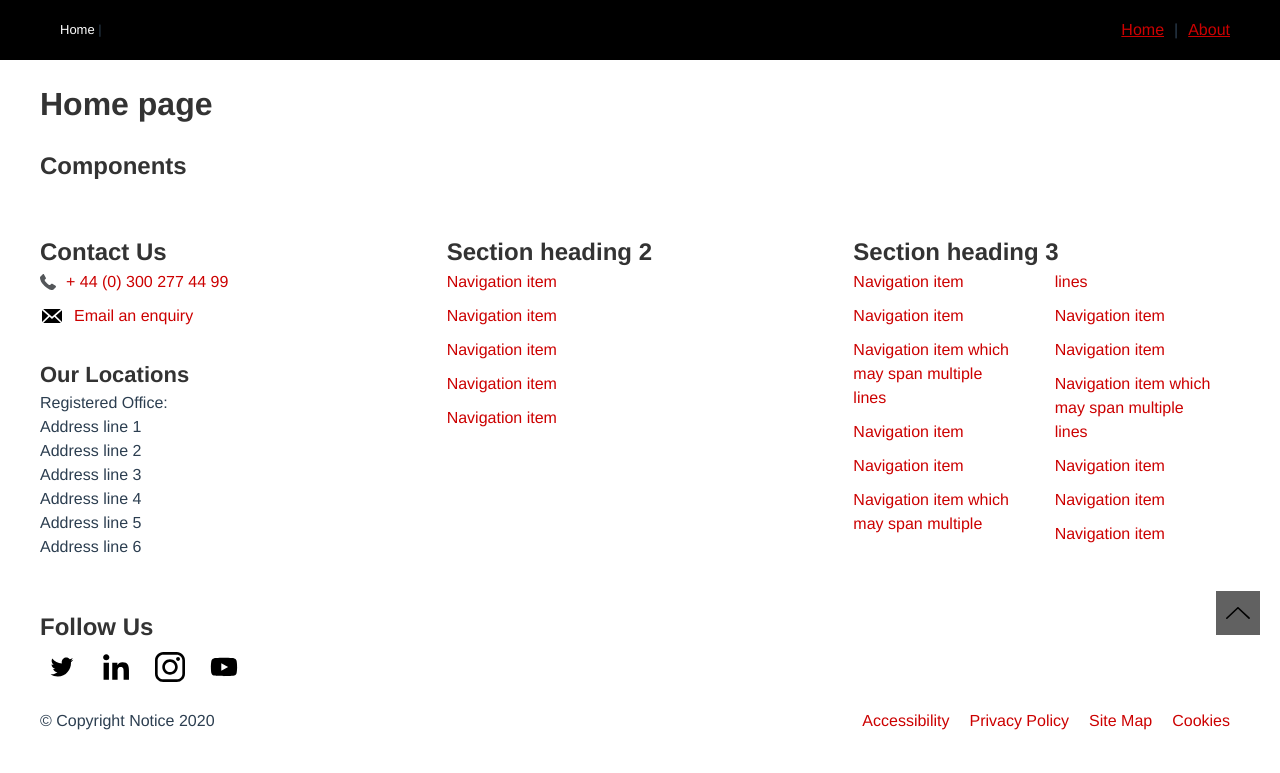
Repository: DaveBaulch/spa
Page: /
An editor plug-in stored every save of this project. The page is shown before and after the next save, followed by the edit.
The browser window is 1280 px wide. The pictures show the whole page.
The project was rebuilt for these pictures with package versions that can differ from the ones it lists, and the page was loaded fresh each time. Also part of the build but not shown: src/assets/styles/main.css.

Above is the page before, as saved 2020-10-13 12:51:30.

After the next save:
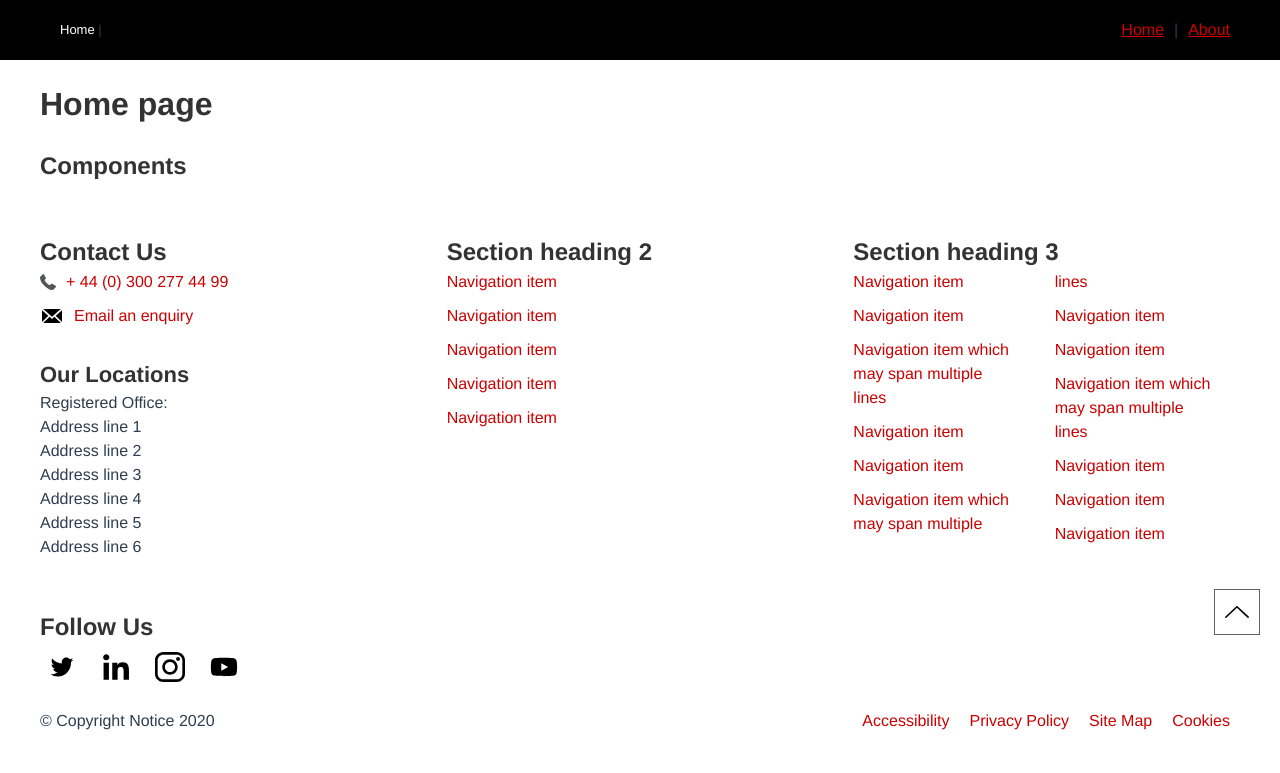
Saved 18 s later.
--- a/src/components/global/TheScrollTopButton.vue
+++ b/src/components/global/TheScrollTopButton.vue
@@ -25,8 +25,8 @@ export default {
   overflow: hidden;
   text-indent: -1999em;
   color: $white;
-  background-color: $grey-dark;
-  border: 0;
+  background-color: $white;
+  border: 1px solid $grey-dark;;
   // opacity: 0;
   transition: 300ms ease all;
   display: flex;
